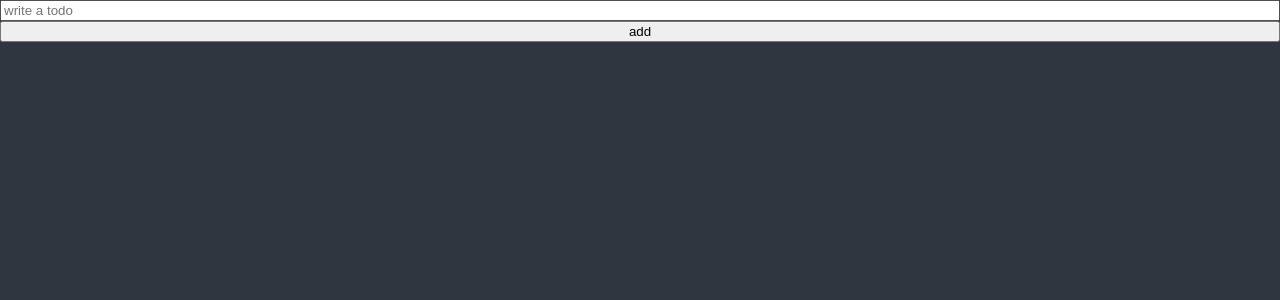
Repository: hesshess/nomad-reactjs-master-todolist
Page: /
These files come from the project's save history. The page is drawn as it stood at one moment and after a run of saves; the edit follows.
The browser window is 1280 px wide. The pictures show the whole page.
Some web fonts or font styles are not loaded; a fallback is used. The project was rebuilt for these pictures with package versions that can differ from the ones it lists, and the page was loaded fresh each time.

Above is the page before, as saved 2023-11-01 14:17:26.

After the next 4 saves:
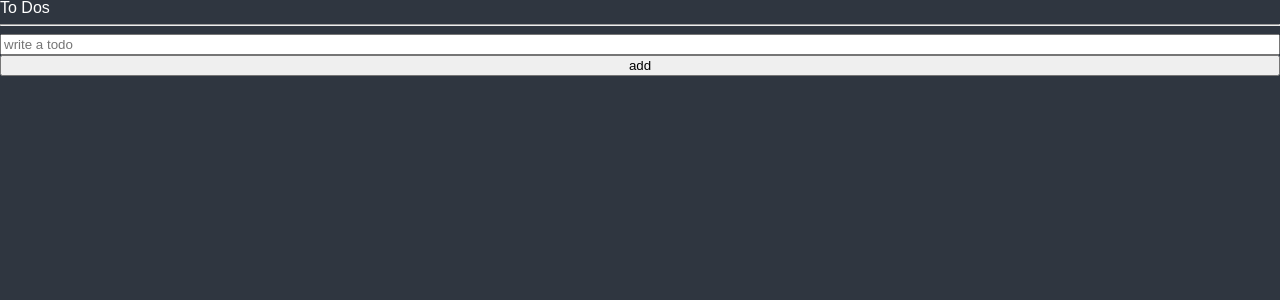
The 4 saves are shown as one change because 3 did not build or start.
The last was saved 64 min 34 s later.
--- a/src/App.tsx
+++ b/src/App.tsx
@@ -1,6 +1,6 @@
 import React from 'react';
 import { createGlobalStyle } from 'styled-components';
-import ToDoList from './ToDoList';
+import ToDoList from './components/ToDoList';
 
 const GlobalStyle = createGlobalStyle`
 @import url('https://fonts.googleapis.com/css2?family=Sometype+Mono:wght@400;600&display=swap');
@@ -68,8 +68,8 @@ a {
 function App() {
   return (
     <>
-    <GlobalStyle/>
-    <ToDoList/>
+      <GlobalStyle />
+      <ToDoList />
     </>
   );
 }
--- a/src/components/ToDoList.tsx
+++ b/src/components/ToDoList.tsx
@@ -1,4 +1,10 @@
 import { useForm } from 'react-hook-form';
+import {
+  atom,
+  useRecoilState,
+  useRecoilValue,
+  useSetRecoilState,
+} from 'recoil';
 /*
 function ToDoList(){
     const [todo, setTodo] = useState("");
@@ -24,14 +30,30 @@ interface IForm {
   todo: string;
 }
 
+interface IToDo {
+  text: string;
+  category: 'TODO' | 'DOING' | 'DONE';
+}
+
+const toDoState = atom<IToDo[]>({
+  key: 'todo',
+  default: [],
+});
+
 function ToDoList() {
+  const [toDos, setToDos] = useRecoilState(toDoState);
+  // const value = useRecoilValue(toDoState);
+  // const modfn = useSetRecoilState(toDoState);
   const { register, handleSubmit, setValue } = useForm<IForm>();
-  const onValid = (data: IForm) => {
-    console.log(data.todo);
+  const onValid = ({ todo }: IForm) => {
+    setToDos((prevTodos) => [{ text: todo, category: 'TODO' }, ...prevTodos]);
     setValue('todo', '');
   };
+  console.log(toDos);
   return (
     <div>
+      <h1>To Dos</h1>
+      <hr />
       <form
         style={{ display: 'flex', flexDirection: 'column' }}
         onSubmit={handleSubmit(onValid)}
@@ -48,6 +70,7 @@ function ToDoList() {
         />
         <button>add</button>
       </form>
+      <ul></ul>
     </div>
   );
 }
